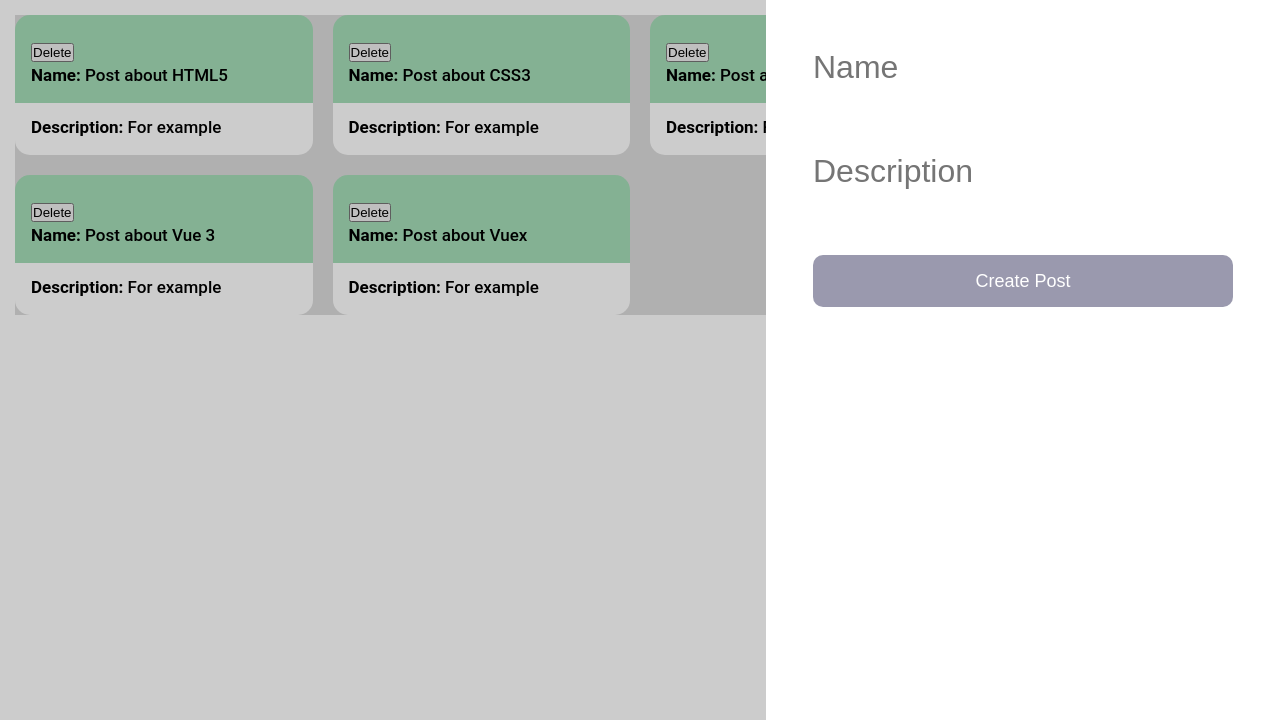
Repository: Axeliriya/vue-todo
Page: /
These files come from the project's save history. The page is drawn as it stood at one moment and after the next save; the edit follows.
The browser window is 1280 px wide. The pictures show the whole page.
The project was rebuilt for these pictures with package versions that can differ from the ones it lists, and the page was loaded fresh each time. Also part of the build but not shown: vue.config.js.

Above is the page before, as saved 2022-04-01 20:44:01.

### public/index.html
<!DOCTYPE html>
<html lang="">
  <head>
    <meta charset="utf-8">
    <meta name="viewport" content="width=device-width,initial-scale=1.0">
    <link rel="icon" href="<%= BASE_URL %>favicon.ico">
    <title>Todo</title>
  </head>
  <body>
    <div id="app"></div>
  </body>
</html>

### src/App.vue
<template>
  <div class="app">
    <post-list :posts="posts" />
    <post-modal><post-form @create="createPost" /></post-modal>
  </div>
</template>

<script>
import PostList from '@/components/PostList';
import PostModal from '@/components/PostModal';
import PostForm from '@/components/PostForm';

export default {
  components: {
    PostList,
    PostModal,
    PostForm,
  },
  data() {
    return {
      posts: [
        { id: Date.now(), title: 'Post about HTML5', body: 'For example' },
        { id: Date.now() + 1, title: 'Post about CSS3', body: 'For example' },
        { id: Date.now() + 2, title: 'Post about React', body: 'For example' },
        { id: Date.now() + 3, title: 'Post about Redux', body: 'For example' },
        { id: Date.now() + 4, title: 'Post about Vue 3', body: 'For example' },
        { id: Date.now() + 5, title: 'Post about Vuex', body: 'For example' },
      ],
    };
  },
  methods: {
    createPost(post) {
      this.posts.push(post);
    },
  },
};
</script>

<style>
* {
  margin: 0;
  padding: 0;
  box-sizing: border-box;
}

body {
  font-family: 'Roboto', sans-serif;
}

ul {
  list-style-type: none;
}

img {
  display: block;
  width: 100%;
  height: auto;
}

.app {
  padding: 15px;
}
</style>

### src/components/PostList.vue
<template>
  <ul class="posts">
    <post-item v-for="post in posts" :post="post" :key="post.id" />
  </ul>
</template>

<script>
import PostItem from '@/components/PostItem';

export default {
  components: {
    PostItem,
  },
  props: {
    posts: {
      type: Array,
      required: true,
    },
  },
};
</script>

<style scoped>
.posts {
  display: grid;
  grid-template-columns: repeat(4, 1fr);
  gap: 20px;
  background-color: gainsboro;
}
</style>

### src/components/PostModal.vue
<template>
  <div class="overlay">
    <div class="modal">
      <slot></slot>
    </div>
  </div>
</template>

<script>
export default {};
</script>

<style scoped>
.overlay {
  position: fixed;
  top: 0;
  left: 0;
  width: 100%;
  height: 100vh;
  background-color: rgb(0, 0, 0, 0.2);
  display: flex;
  justify-content: end;
}

.modal {
  padding: 15px;
  background-color: #fff;
}
</style>

### src/components/PostForm.vue
<template>
  <form class="form" @submit.prevent>
    <input v-model="post.title" class="input" type="text" placeholder="Name" />
    <input
      v-model="post.body"
      class="input"
      type="text"
      placeholder="Description"
    />
    <div @click="createPost" class="button__wrapper">
      <button class="button" @click="createPost">Create Post</button>
    </div>
  </form>
</template>

<script>
export default {
  data() {
    return {
      post: {
        title: '',
        body: '',
      },
    };
  },
  methods: {
    createPost() {
      this.post.id = Date.now();
      this.$emit('create', this.post);
      this.post = {
        title: '',
        body: '',
      };
    },
  },
};
</script>

<style scoped>
.form {
  display: grid;
  grid-template-columns: 1fr;
}

.input {
  background-color: transparent;
  border: none;
  padding: 32px;
  font-weight: 400;
  font-size: 32px;
  line-height: 40px;
}

.button__wrapper {
  padding: 32px;
}

.button {
  width: 100%;
  border: none;
  background: rgb(3, 2, 53, 0.4);
  border-radius: 10px;
  padding: 16px;
  color: #ffffff;
  font-weight: 500;
  font-size: 18px;
  line-height: 20px;
  cursor: pointer;
}

.button:hover {
  background: rgb(3, 2, 53, 0.5);
}
</style>

### src/components/PostItem.vue
<template>
  <li class="post">
    <div class="post__name">
      <div><button>Delete</button></div>
      <div><strong>Name: </strong>{{ post.title }}</div>
    </div>
    <div class="post__description">
      <strong>Description: </strong>{{ post.body }}
    </div>
  </li>
</template>

<script>
export default {
  props: {
    post: {
      type: Object,
      required: true,
    },
  },
};
</script>

<style scoped>
.post {
  border-radius: 15px;
  font-weight: 500;
  font-size: 17px;
  line-height: 24px;
}

.post__name {
  padding: 24px 16px 16px 16px;
  border-radius: 15px 15px 0 0;
  background-color: #a5ddb8;
}

.post__description {
  padding: 12px 16px 16px 16px;
  border-radius: 0 0 15px 15px;
  background-color: #ffffff;
}
</style>

Loaded but not shown: src/main.js (common file)

After the next save:
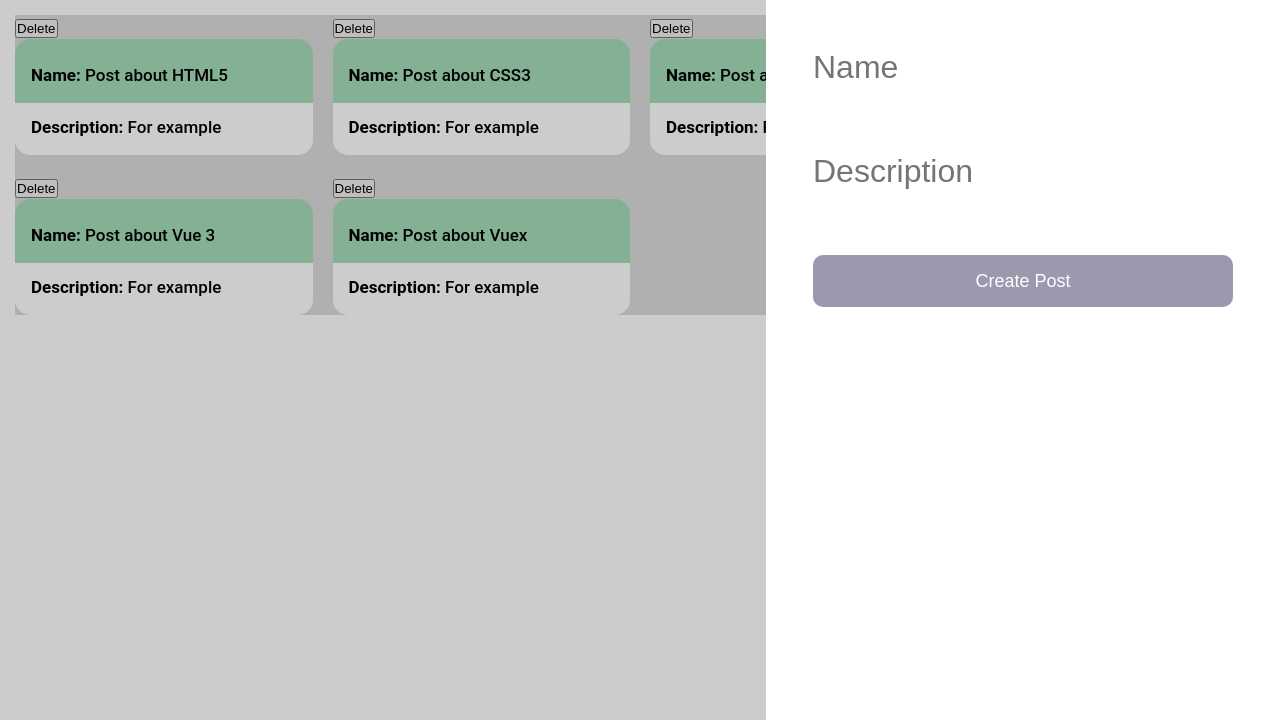
Saved 45 s later.
--- a/src/components/PostItem.vue
+++ b/src/components/PostItem.vue
@@ -1,9 +1,7 @@
 <template>
   <li class="post">
-    <div class="post__name">
-      <div><button>Delete</button></div>
-      <div><strong>Name: </strong>{{ post.title }}</div>
-    </div>
+    <div><button>Delete</button></div>
+    <div class="post__name"><strong>Name: </strong>{{ post.title }}</div>
     <div class="post__description">
       <strong>Description: </strong>{{ post.body }}
     </div>

After the save that followed:
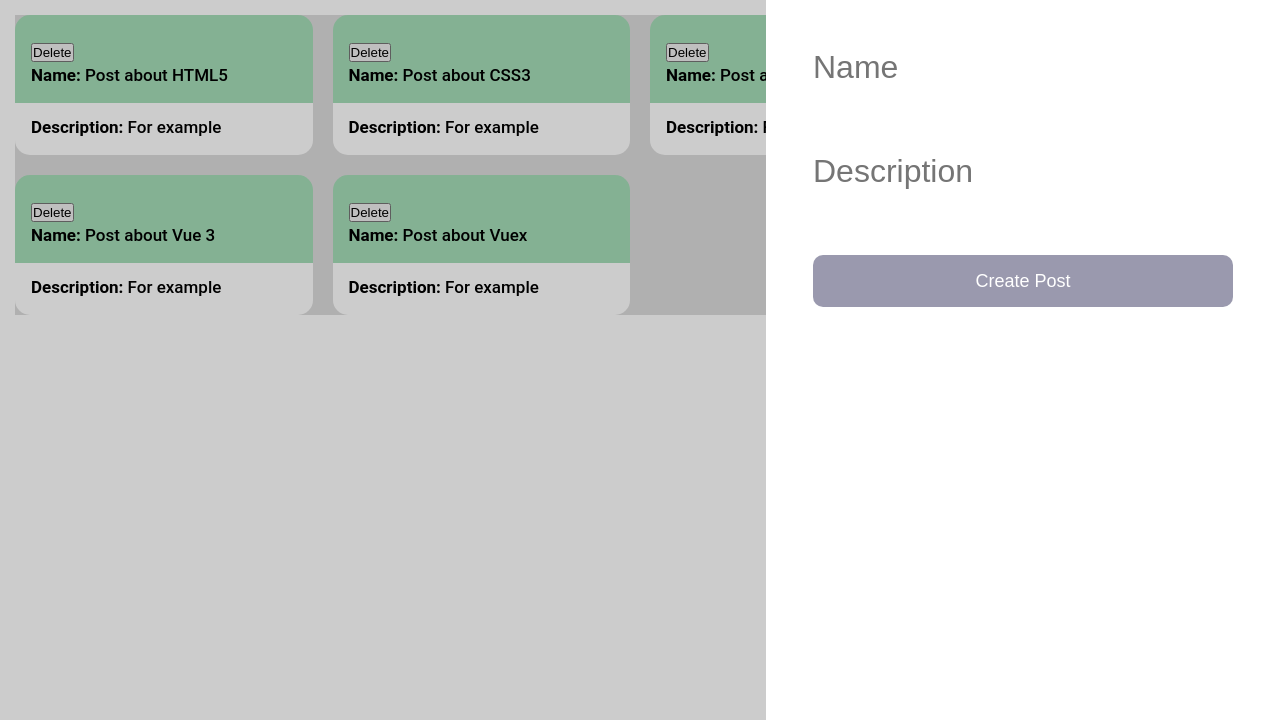
Saved 53 s later.
--- a/src/components/PostItem.vue
+++ b/src/components/PostItem.vue
@@ -1,7 +1,9 @@
 <template>
   <li class="post">
-    <div><button>Delete</button></div>
-    <div class="post__name"><strong>Name: </strong>{{ post.title }}</div>
+    <div class="post__name">
+      <div><button>Delete</button></div>
+      <div><strong>Name: </strong>{{ post.title }}</div>
+    </div>
     <div class="post__description">
       <strong>Description: </strong>{{ post.body }}
     </div>
